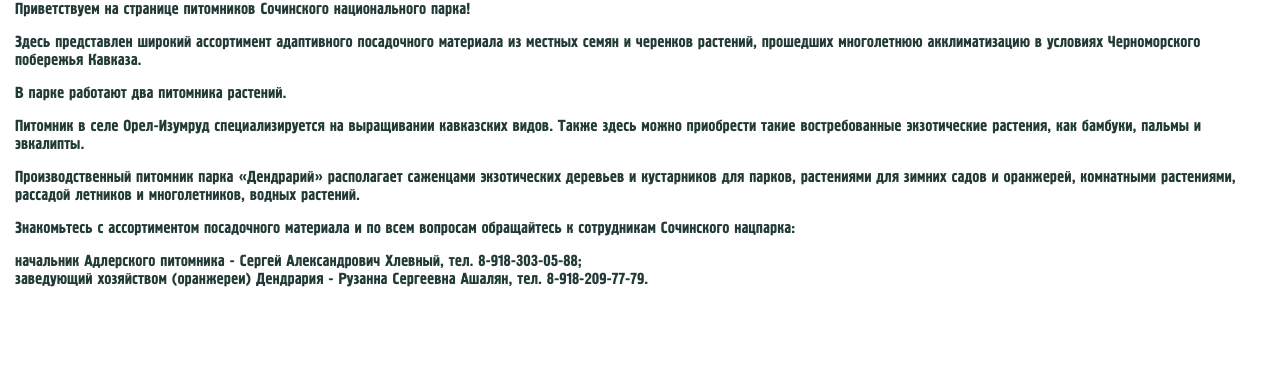
Repository: sem1103/np-sochi
Page: index.html
The author's editor kept a copy of each file at every save. The page is drawn from the files as they stood at one save, then again after the next save.
The browser window is 1280 px wide. The pictures show the whole page.

Above is the page before, as saved 2024-01-17 19:39:18.

After the next save:
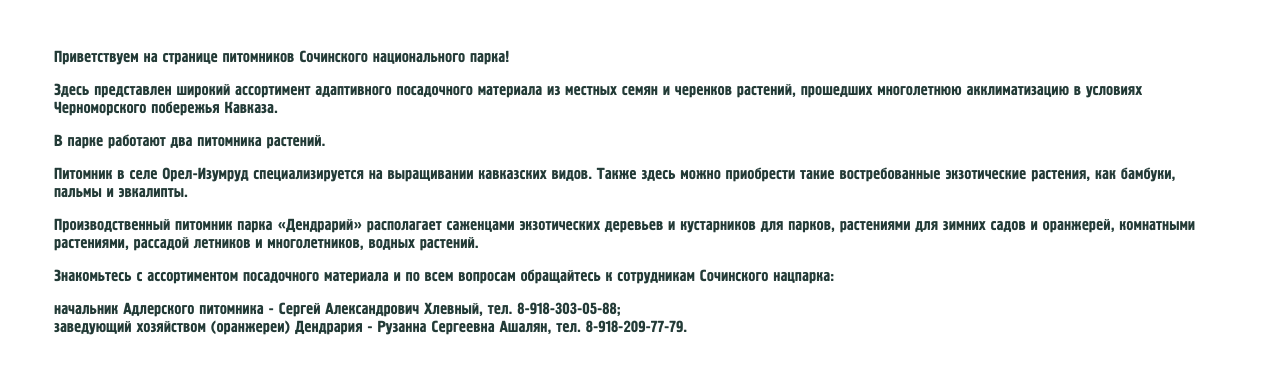
Saved 65 s later.
--- a/styles/main.css
+++ b/styles/main.css
@@ -9,7 +9,9 @@
     max-width: 1652px;
     margin: 0 auto;
 }
-
+main{
+    background: url(../img/main-bg.png) center/cover;
+}
 p, li{
     font: 16px 'Hermes';
     color: var(--gray);
@@ -17,3 +19,7 @@
 p{
     margin: 0 0 15px 0;
 }
+.top__text{
+    padding: 48px 54px;
+    background-color: #fff;
+}
